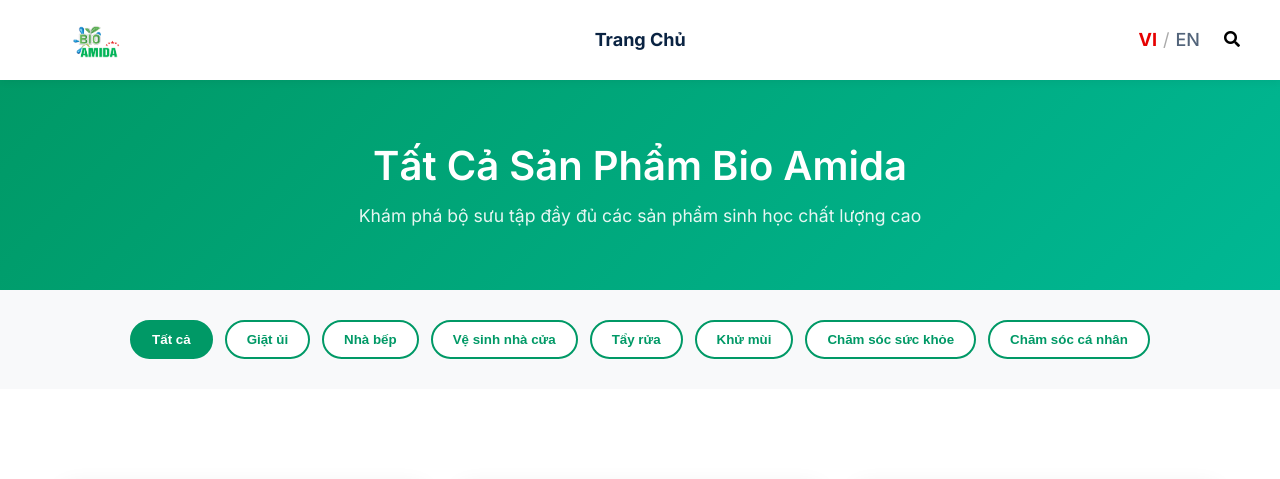
Repository: Thanhnebe/huunhat
Page: products.html
The author's editor kept a copy of each file at every save. The page is drawn from the files as they stood at one save, then again after the next save.
The browser window is 1280 px wide. The pictures show the part of the page from y = 0 to 479 px (the page is 4684 px tall).
Pictures or frames that could not be fetched are drawn as grey boxes.

Above is the page before, as saved 2025-07-19 12:39:21.

After the next save:
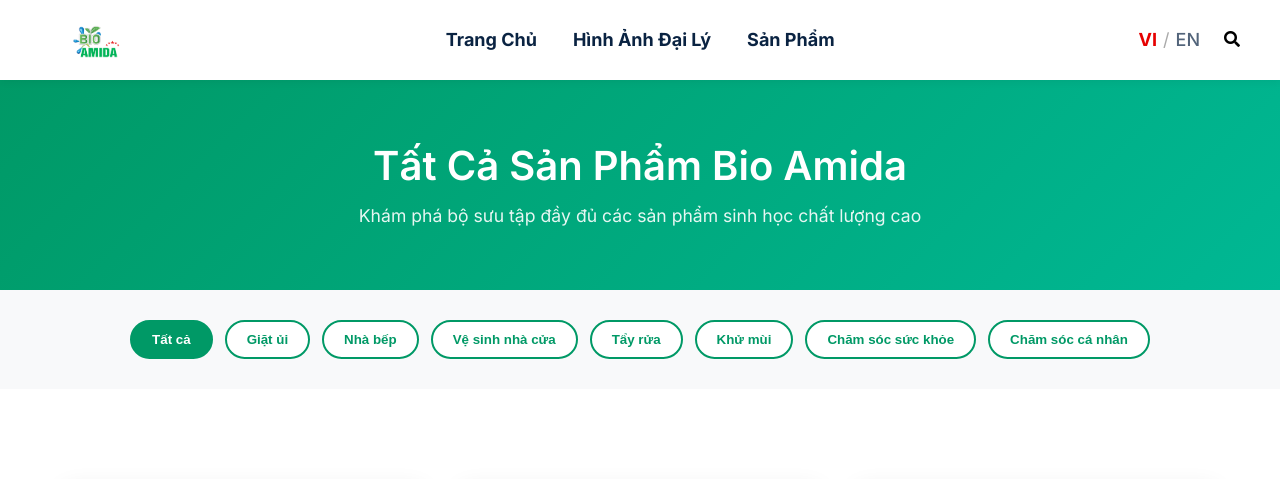
Saved 5 s later.
--- a/products.html
+++ b/products.html
@@ -19,6 +19,9 @@
             <nav class="nav-desktop">
                 <ul>
                     <li><a href="index.html">Trang Chủ</a></li>
+                    <li><a href="gallery.html" class="active">Hình Ảnh Đại Lý</a></li>
+                    <li><a href="products.html">Sản Phẩm</a></li>
+
                 </ul>
             </nav>
             <div class="header-actions">
